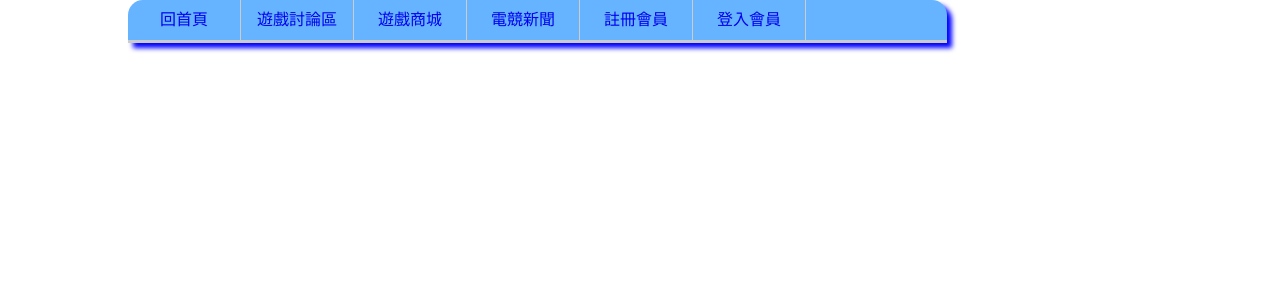
Repository: cctytw2000/Member
Page: http://localhost/Member/
An editor plug-in stored every save of this project. The page is shown before and after the next save, followed by the edit.
The browser window is 1280 px wide. The pictures show the whole page.
The page is served by Tomcat 9. Other server files are loaded and not shown.

Above is the page before, as saved 2019-08-30 08:04:48.

### Member/WebContent/home.jsp
<%@ page language="java" contentType="text/html; charset=UTF-8"
	pageEncoding="UTF-8"%>

<%@ taglib prefix="c" uri="http://java.sun.com/jsp/jstl/core"%>
<!DOCTYPE html>
<html>
<head>
<meta charset="UTF-8">
<title>Insert title here</title>
<link rel="stylesheet" href="CSS/main.css">
</head>
<body>
	<div id="allpage">
		<header>
			<nav>
				<ul class="menu">
					<li><a href="#">回首頁</a></li>
					<li><a href="#">遊戲討論區</a></li>
					<li><a href="#">遊戲商城</a></li>
					<li><a href="#">電競新聞</a></li>
					<c:choose>
						<c:when test="${sessionScope.account != Null}">
							<li><a href="#">會員中心</a></li>
							<li><a href="http://localhost:8090/Member/LogOutMember.do">登出</a></li>
							<span class="welcome">${sessionScope.username} 您好!</span>
						</c:when>
						<c:otherwise>
							<li><a href="html/RegisteredMember.html">註冊會員</a></li>
							<li><a href="html/LoginMember.html">登入會員</a></li>
						</c:otherwise>

					</c:choose>
				</ul>
			</nav>
		</header>

	</div>



</body>
</html>

### Member/WebContent/CSS/main.css
* {
	padding: 0;
	margin: 0;
}

body {
	font-family: 稬硁タ堵砰
}

#allpage {
	width: 1024px;
	margin: auto auto
}

.menu {
	overflow: auto;
	width: 80%;
	list-style-type: none;
	background-color: #66B3FF;
	border-bottom: 3px solid #cccccc;
	border-top-right-radius: 15px;
    border-top-left-radius: 15px;
    box-shadow: 5px 5px 5px blue;
}

.menu li {
	float: left;
	width: 7em;
	border-right: 1px solid #cccccc
}

.menu li a {
	display: block;
	text-decoration: none;
	text-align: center;
	line-height: 2.5em;
}

.menu li a:hover {
	color: white;
	background-color: #0080ff
}

.title {
	background-color: #0066cc;
	line-height: 2.5em;
	columns: #f0f0f0;
	padding-left: 20px;
}

article section {
	margin: 16px;
	border-bottom: 1px solid #cccccc;
	padding-bottom: 10px;
}

article section p {
	margin: 16px 0;
	line-height: 22px
}

.list {
	list-style: decimal inside
}

aside dl {
	margin: 16px
}

article {
	width: 75%;
	float: left;
}

aside {
	width: 20%;
	float: right
}

.content {
	width: 100%;
	/* border: 2px solid black; */
	overflow: auto;
	padding-bottom: 20px;
}

footer {
	background-color: #66B3FF;
	line-height: 2.5em;
	text-align: center;
	border-bottom-left-radius: 15px;
	border-bottom-right-radius: 15px;
}

.welcome {
	width: 100%;
	height: 100%;
    color: black;
	line-height: 2.5em;
}

After the next save:
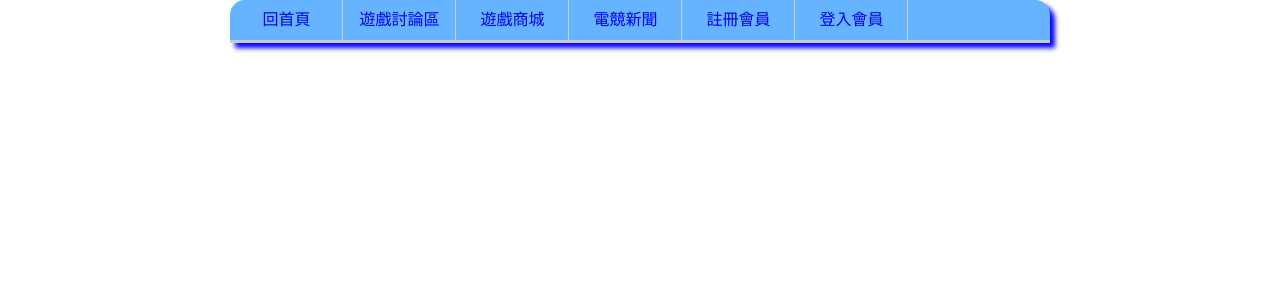
Saved 2 min 30 s later.
--- a/Member/WebContent/CSS/main.css
+++ b/Member/WebContent/CSS/main.css
@@ -21,6 +21,7 @@ body {
 	border-top-right-radius: 15px;
     border-top-left-radius: 15px;
     box-shadow: 5px 5px 5px blue;
+    margin: auto
 }
 
 .menu li {
